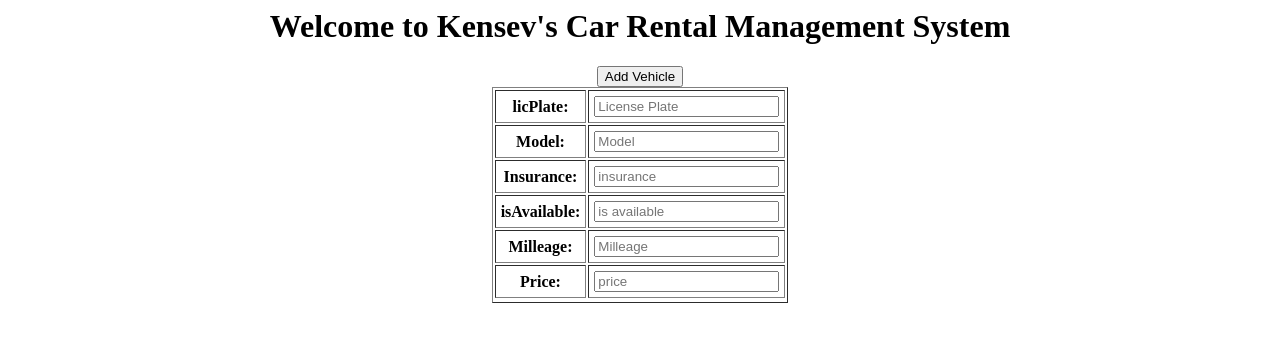
Repository: kensevv/nevexisDemos
Page: http://localhost/Car_Rental_Management_System/VehicleForm.jsp
An editor plug-in stored every save of this project. The page is shown before and after the next save, followed by the edit.
The browser window is 1280 px wide. The pictures show the whole page.
The page is served by Tomcat 9. Nobody is signed in. The application's start-up code is not run. Other server files are loaded and not shown.

Above is the page before, as saved 2021-03-24 17:31:35.

### Car_Rental_Management_System/src/main/webapp/VehicleForm.jsp
<%@ page language="java" contentType="text/html; charset=UTF-8"
	pageEncoding="UTF-8"%>
<%@ taglib uri="http://java.sun.com/jsp/jstl/core" prefix="c"%>
<html>
<head>
<title>Car Rental Management System Application</title>
</head>
<body>
	<center>
		<h1>Welcome to Kensev's Car Rental Management System</h1>
	</center>
	<div align="center">
		<form action="insert" method="get">
			<table border="1" cellpadding="5">
				<tr>
					<th>licPlate:</th>
					<td><input type="text" name="licPlate"
						placeholder="License Plate"></input></td>
				</tr>
				<tr>
					<th>Model:</th>
					<td><input type="text" name="model" placeholder="Model"></input>
					</td>
				</tr>
				<tr>
					<th>Insurance:</th>
					<td><input type="text" name="insurance"
						placeholder="insurance"></input></td>
				</tr>
				<tr>
					<th>isAvailable:</th>
					<td><input type="text" name="isAvailable"
						placeholder="is available"></input></td>
				</tr>
				<tr>
					<th>Milleage:</th>
					<td><input type="text" name="milleage" placeholder="Milleage"></input>
					</td>
				</tr>
				<tr>
					<th>Price:</th>
					<td><input type="text" name="price" placeholder="price"></input>
					</td>
				</tr>
				<tr>
					<button type="submit" class="addBtn">Add Vehicle</button>
					</td>
				</tr>
			</table>
	</div>
</body>
</html>

After the next save:
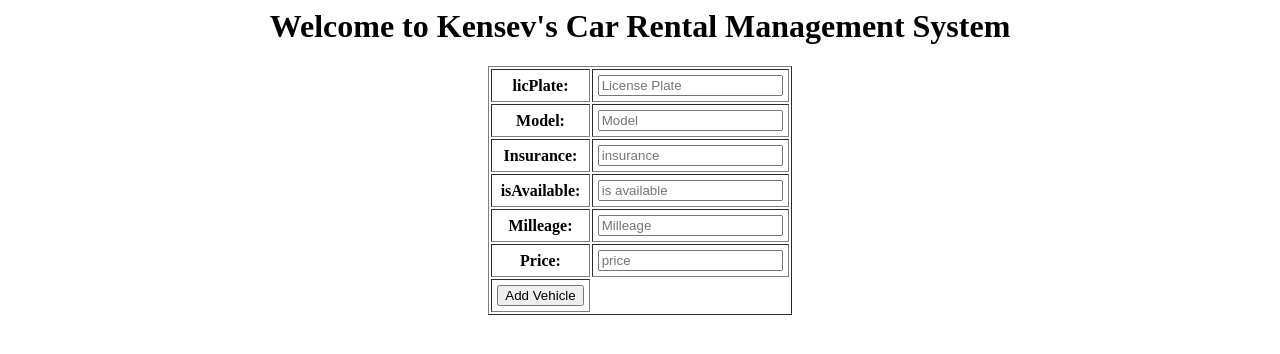
Saved 107 s later.
--- a/Car_Rental_Management_System/src/main/webapp/VehicleForm.jsp
+++ b/Car_Rental_Management_System/src/main/webapp/VehicleForm.jsp
@@ -43,6 +43,7 @@
 					</td>
 				</tr>
 				<tr>
+				<td>
 					<button type="submit" class="addBtn">Add Vehicle</button>
 					</td>
 				</tr>

After the 2 saves that followed:
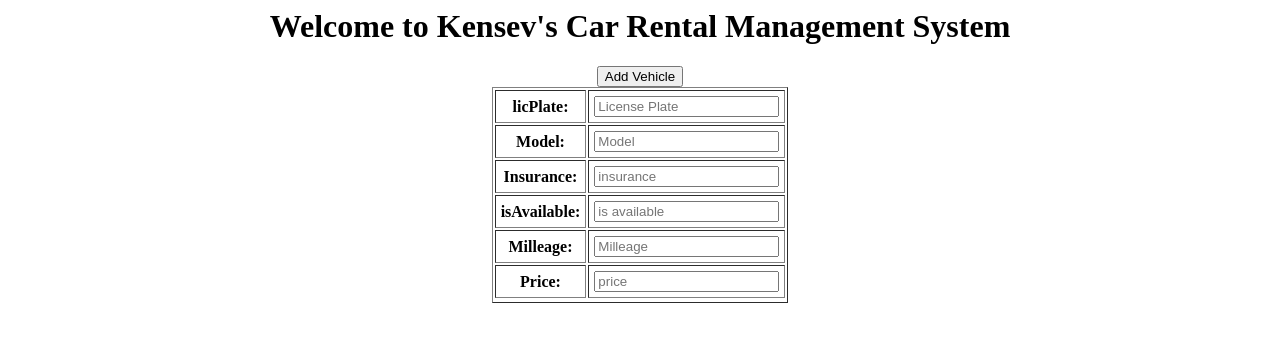
The 2 saves are shown as one change because 1 left the picture as it was.
The last was saved 57 s later.
--- a/Car_Rental_Management_System/src/main/webapp/VehicleForm.jsp
+++ b/Car_Rental_Management_System/src/main/webapp/VehicleForm.jsp
@@ -43,9 +43,10 @@
 					</td>
 				</tr>
 				<tr>
-				<td>
+				<center>
 					<button type="submit" class="addBtn">Add Vehicle</button>
-					</td>
+					</center>
+
 				</tr>
 			</table>
 	</div>
